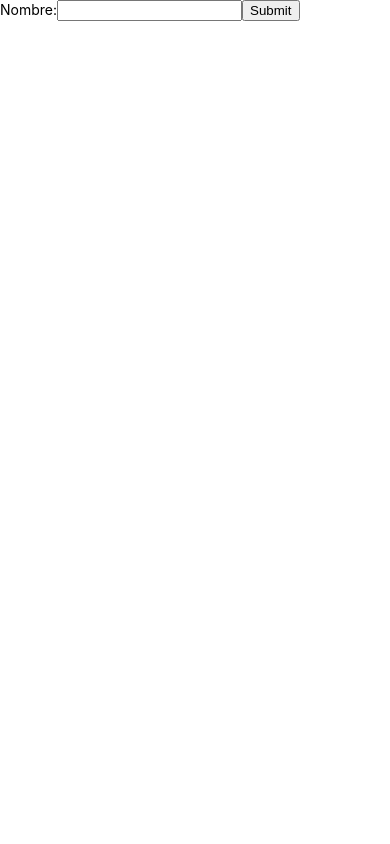
Repository: nickdpz/ppg-app-react-native
Screen: /
The author's editor kept a copy of each file at every save. The screen is drawn from the files as they stood at one save, then again after a run of saves.
The app was drawn by React Native's web renderer in a window 390 px wide. The project was rebuilt for these pictures with package versions that can differ from the ones it lists, and the page was loaded fresh each time. Also part of the build but not shown: src/screens/containers/home.js, src/screens/containers/main.js.

Above is the screen before, as saved 2020-06-12 17:56:06.

After the next 5 saves:
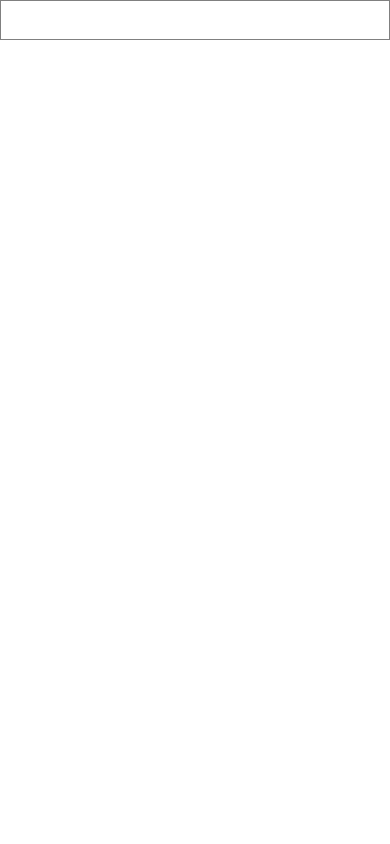
The 5 saves are shown as one change because 4 did not build or start.
The last was saved 9 min 18 s later.
--- a/src/screens/containers/register.js
+++ b/src/screens/containers/register.js
@@ -7,7 +7,8 @@ import {
     StatusBar,
     FormLabel,
     FormInput,
-    FormValidationMessage
+    FormValidationMessage,
+    TextInput
 } from 'react-native';
 
 
@@ -15,8 +16,6 @@ class Register extends React.Component {
     constructor(props) {
         super(props);
         this.state = { value: '' };
-        this.handleChange = this.handleChange.bind(this);
-        this.handleSubmit = this.handleSubmit.bind(this);
     }
 
     handleChange(event) { this.setState({ value: event.target.value }); }
@@ -27,11 +26,13 @@ class Register extends React.Component {
 
     render() {
         return (
-            <form onSubmit={this.handleSubmit}>
-                <Text>Nombre:</Text>
-                <input type="text" value={this.state.value} onChange={this.handleChange} />
-                <input type="submit" value="Submit" />
-            </form>
+            <>
+                <TextInput
+                    style={{ height: 40, borderColor: 'gray', borderWidth: 1 }}
+                    onChangeText={this.handleSubmit}
+                    value={this.state.value}
+                />
+            </>
         );
     }
 }
